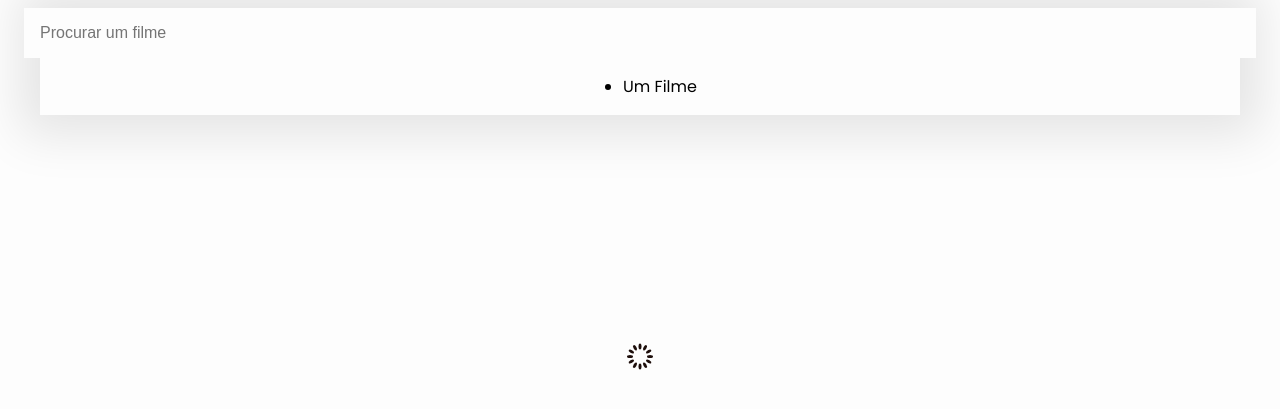
Repository: giordanobraz/agenda-edu-challenge
Page: /
An editor plug-in stored every save of this project. The page is shown before and after a run of saves, followed by the edit.
The browser window is 1280 px wide. The pictures show the whole page.
The page's requests for data from a server got no answer. The project was rebuilt for these pictures with package versions that can differ from the ones it lists, and the page was loaded fresh each time. No one was signed in, and anything a server would have sent is missing. Also part of the build but not shown: src/components/List/MovieList.scss, src/components/Details/Details.scss, src/components/Details/Details.js, src/pages/Details/index.js.

Above is the page before, as saved 2022-05-13 16:49:05.

After the next 2 saves:
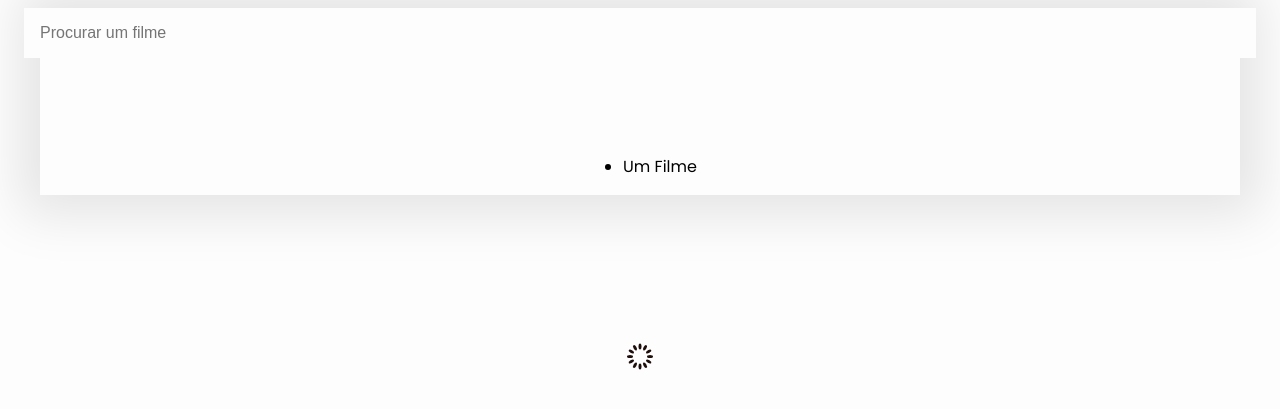
The 2 saves are shown as one change because they came seconds apart.
The last was saved 15 s later.
--- a/src/components/Search/SearchBar.scss
+++ b/src/components/Search/SearchBar.scss
@@ -1,6 +1,7 @@
 .search-bar {
   display: flex;
   flex-direction: column;
+  gap: 5rem;
   align-items: center;
   justify-content: space-between;
   width: 100%;

After the save that followed:
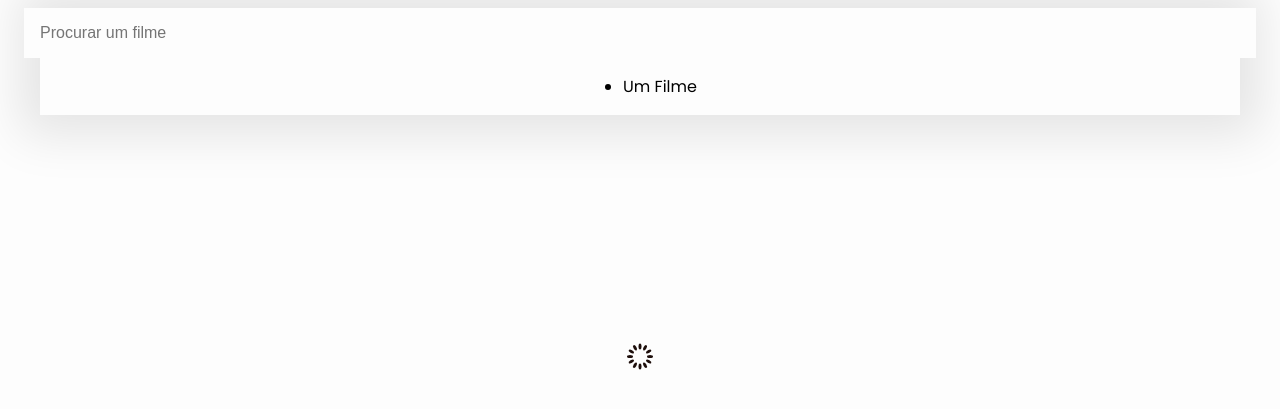
Saved 4 s later.
--- a/src/components/Search/SearchBar.scss
+++ b/src/components/Search/SearchBar.scss
@@ -1,7 +1,6 @@
 .search-bar {
   display: flex;
   flex-direction: column;
-  gap: 5rem;
   align-items: center;
   justify-content: space-between;
   width: 100%;
